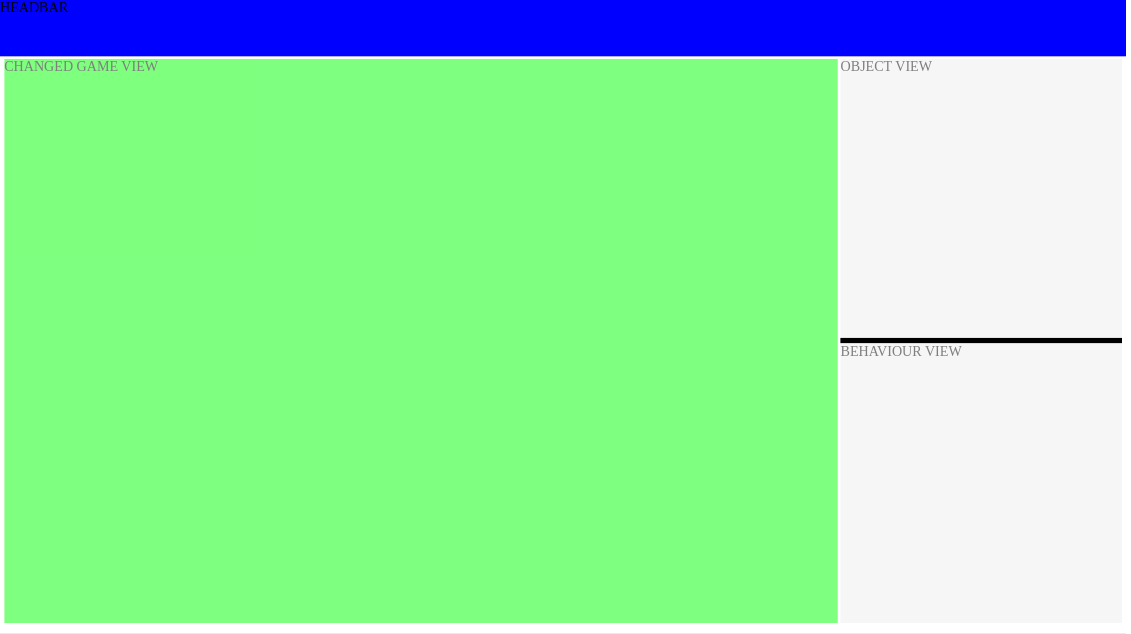
Repository: n-donnelly/onlinegameproto
Page: Content/main.html
The author's editor kept a record of every edit. The page is drawn from the files as they stood at one moment, then again after the next edit.
The browser window is 1280 px wide. The page is 1280 px wide, then 1285 px, so the pictures cover 1285 px, including what lies to the right of the window. The pictures show the whole page, at 88% of full size.

Above is the page before.

### Content/main.html
<!DOCTYPE html>
<!-- HTML5 Hello world by kirupa - http://www.kirupa.com/html5/getting_your_feet_wet_html5_pg1.htm -->
<html lang="en-us">

<head>
<meta charset="utf-8">
<link rel="stylesheet" type="text/css" href="/CSS/main.css">
<title>Online Game Prototyping Tool</title>
</head>

<body>

<div id="header">HEADBAR</div>

<div id="gameView">GAME VIEW
</div>
    <div class="resize_bar vert_resizer"></div>
<div id="rightBar">
    <div id="objectView">OBJECT VIEW</div>
    <div class="resize_bar hor_resizer"></div>
    <div id="behaviourView">BEHAVIOUR VIEW</div>
</div>

<script src="/scripts/jquery-2.1.3.min.js"></script>
<script src="/scripts/main.js"></script>

</body>
</html>

### CSS/main.css
#header {
    height: 64px;
    background: #0000ff;
    margin-bottom: 0.2em;
}

#gameView {
    float: left;
    background: #00ff00;
    width: 74%;
    height: 89%;
    position: absolute;
    margin-right: 0.4em;
    left: 0.3em;
    opacity: 0.5;
}

#rightBar {
    right: 0.3em;
    width: 25%;
    height:89%;
    position: absolute;
}

#objectView {
    height: 49.5%;
    background: #eee;
    opacity: 0.5;
}

#behaviourView {
    height: 49.5%;
    background: #eee;
    margin-top:6px;
    opacity: 0.5;
}

#content {
    height:89%;
    width: 100%;
    position: absolute;
    margin-right: 0.4em;
    left: 0.3em;
}

.resize_bar {
    background: #000;
    cursor: resize_bar;
}

.hor_resizer {
    height: 6px;
    width: 100%;
    position:absolute;
    right:0px;
}

.vert_resizer {
    width: 6px;
    height:89%;
}

body {
    margin: 0px;
}

### scripts/main.js
$("#gameView").html("CHANGED GAME VIEW")

Loaded but not shown: scripts/jquery-2.1.3.min.js (library)

After the next edit:
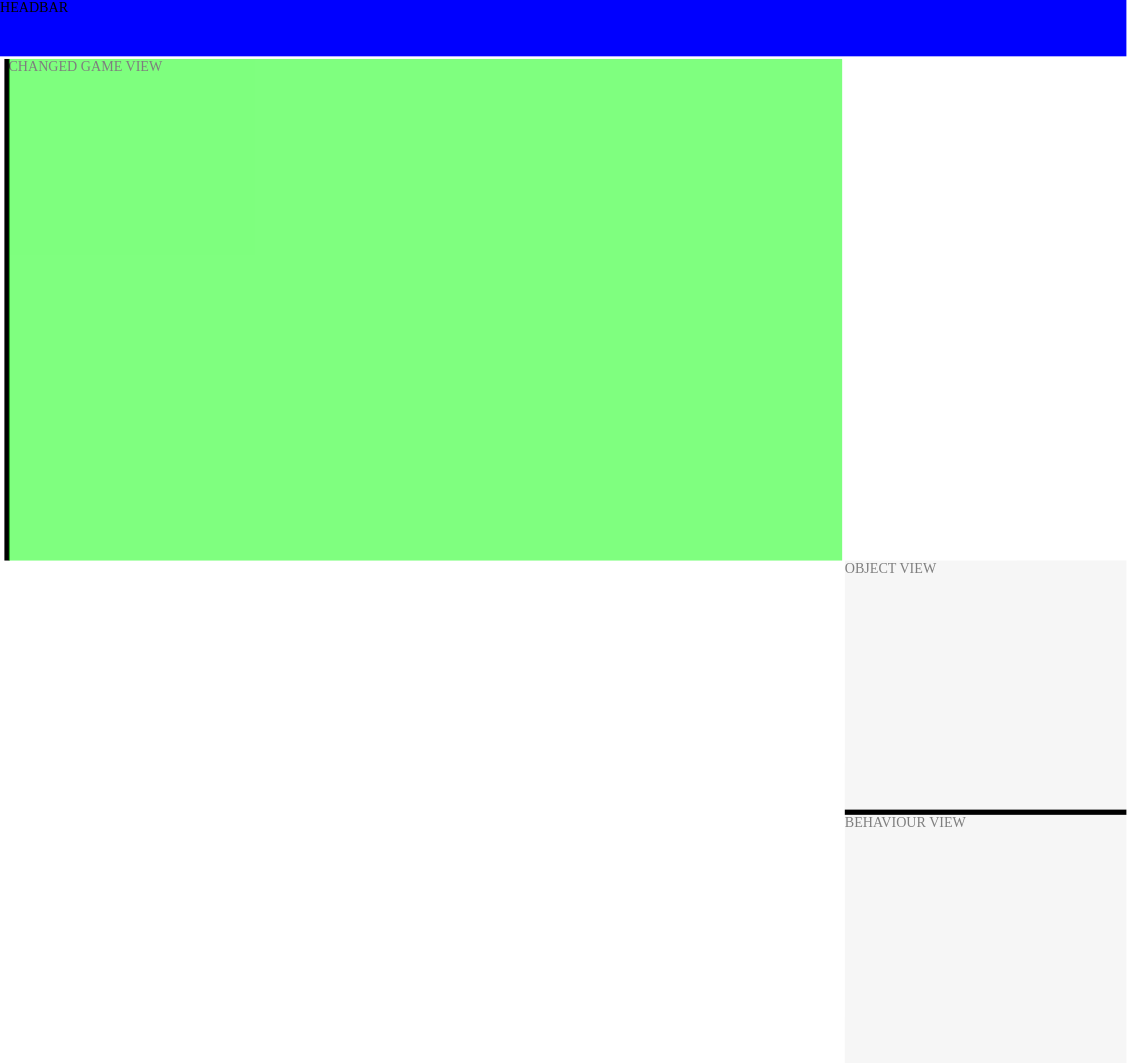
The edit:
--- a/Content/main.html
+++ b/Content/main.html
@@ -12,6 +12,8 @@
 
 <div id="header">HEADBAR</div>
 
+
+<div id="content">
 <div id="gameView">GAME VIEW
 </div>
     <div class="resize_bar vert_resizer"></div>
